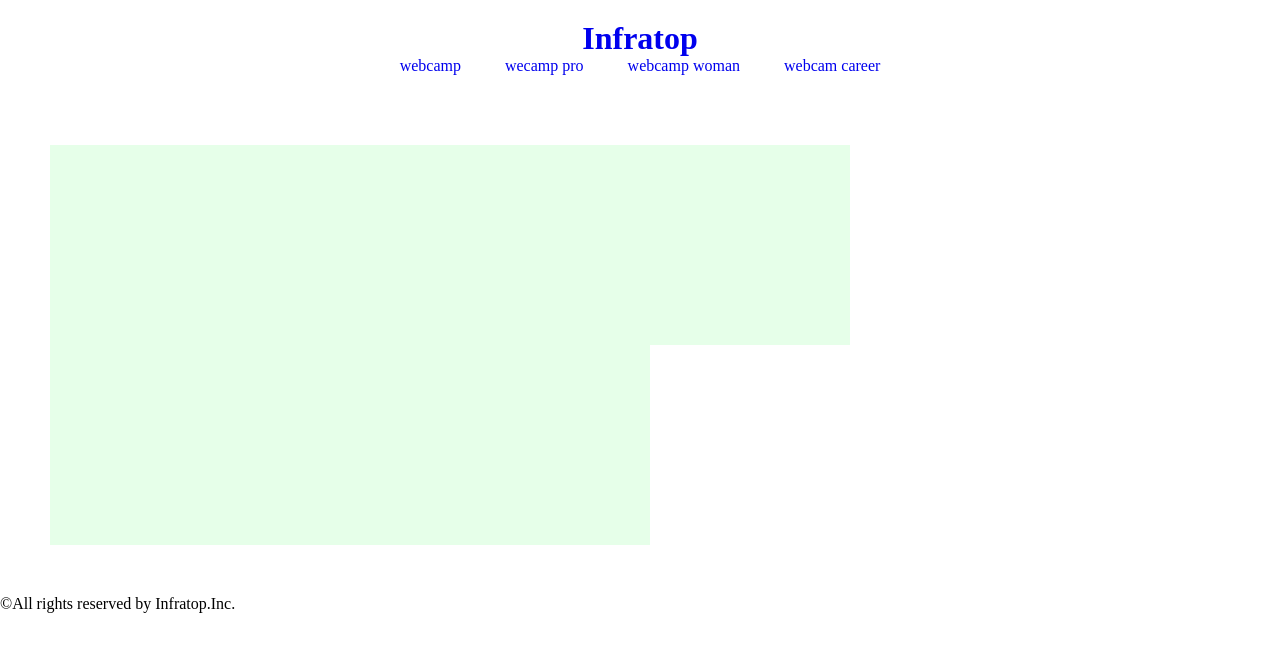
Repository: ego-boosting/assightment_1
Page: infratop/index.html
The author's editor kept a record of every edit. The page is drawn from the files as they stood at one moment, then again after the next edit.
The browser window is 1280 px wide. The pictures show the whole page.

Above is the page before.

After the next edit:
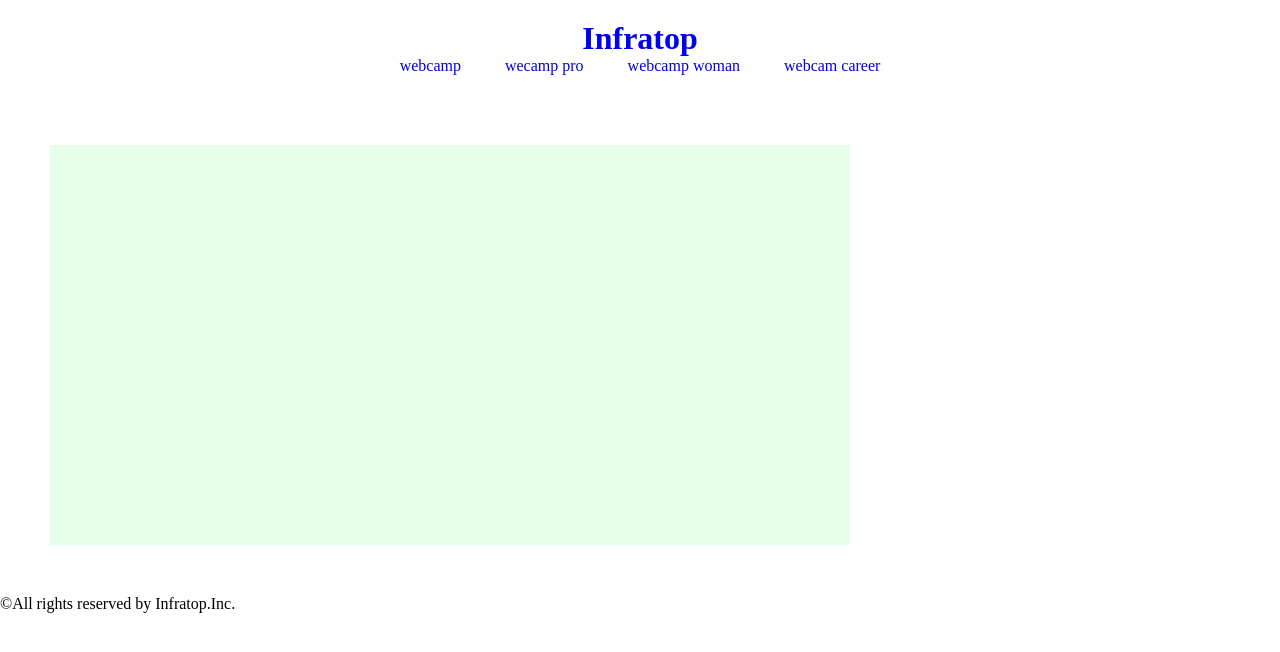
The edit:
--- a/infratop/style.css
+++ b/infratop/style.css
@@ -72,7 +72,7 @@
   background-color: #e6ffe9;
 }
 
-.box{
+.box5{
   width: 200px;
   height: 200px;
   background-color: #e6ffe9;
